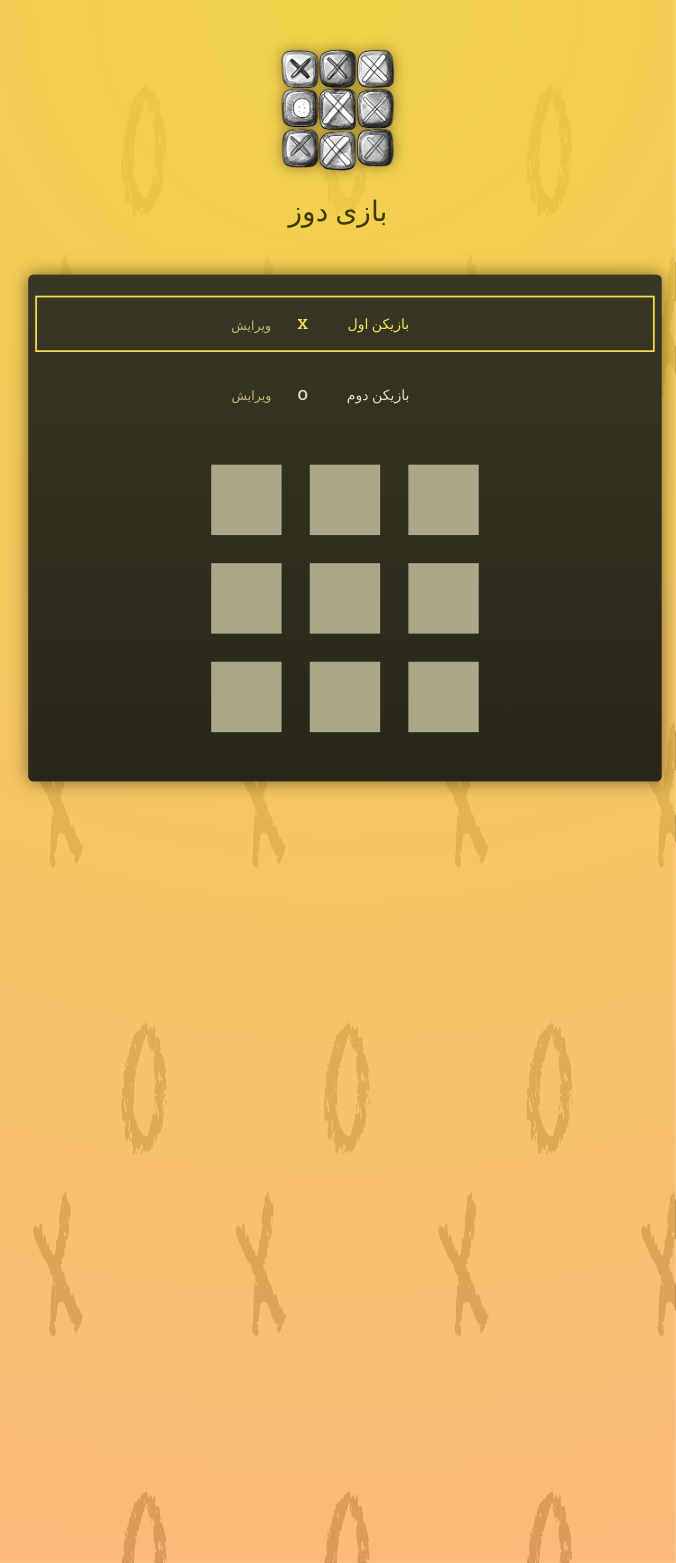
Repository: H-ala/react-tic-toc-toe
Page: /
An editor plug-in stored every save of this project. The page is shown before and after the next save, followed by the edit.
The browser window is 768 px wide. The pictures show the whole page, at 88% of full size.
Some web fonts or font styles are not loaded; a fallback is used. The project was rebuilt for these pictures with package versions that can differ from the ones it lists, and the page was loaded fresh each time. Also part of the build but not shown: vite.config.js, src/components/GameOver.jsx.

Above is the page before, as saved 2025-10-21 18:19:03.

After the next save:
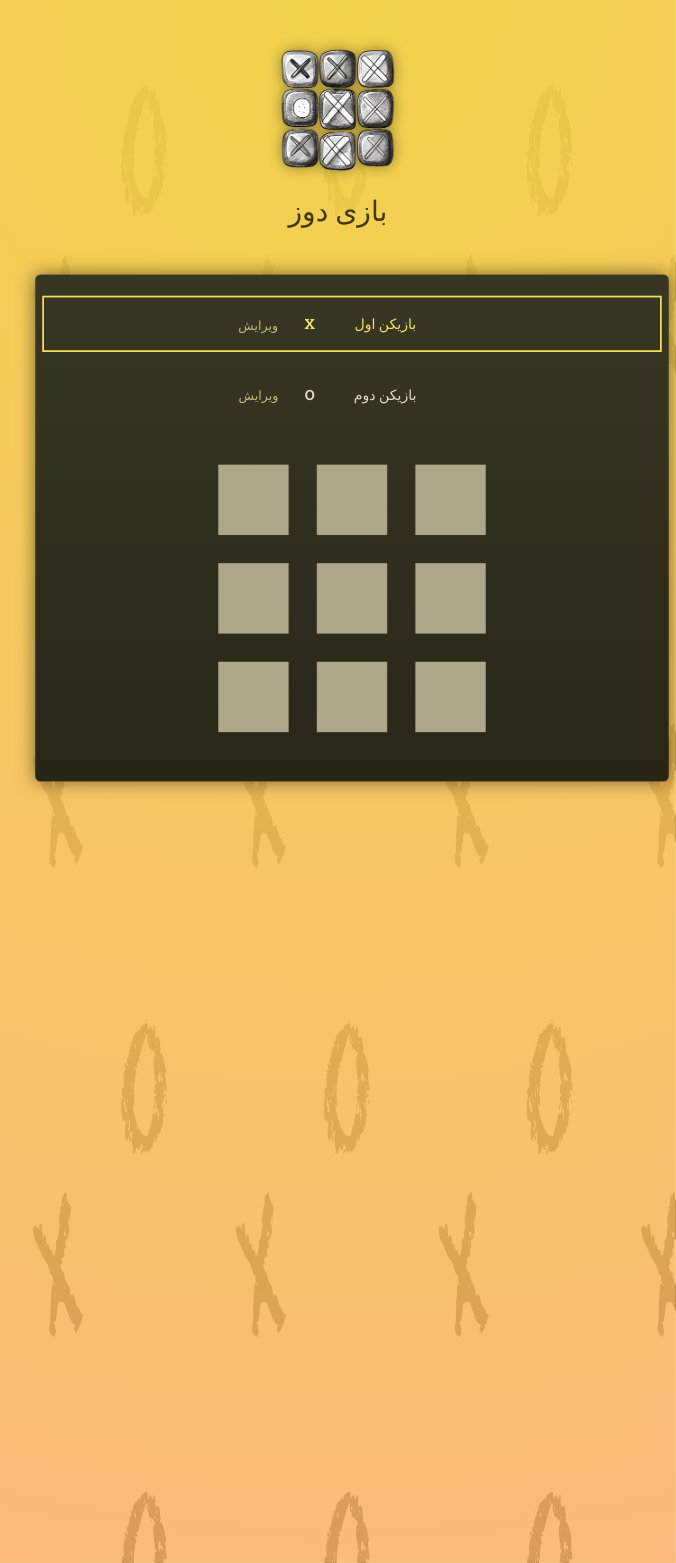
Saved 6 s later.
--- a/src/index.css
+++ b/src/index.css
@@ -358,7 +358,7 @@ ol {
 
   #game-container {
     padding: 0.5rem;
-    margin: 0.5rem;
+    margin: 0rem;
   }
 
   #players {
